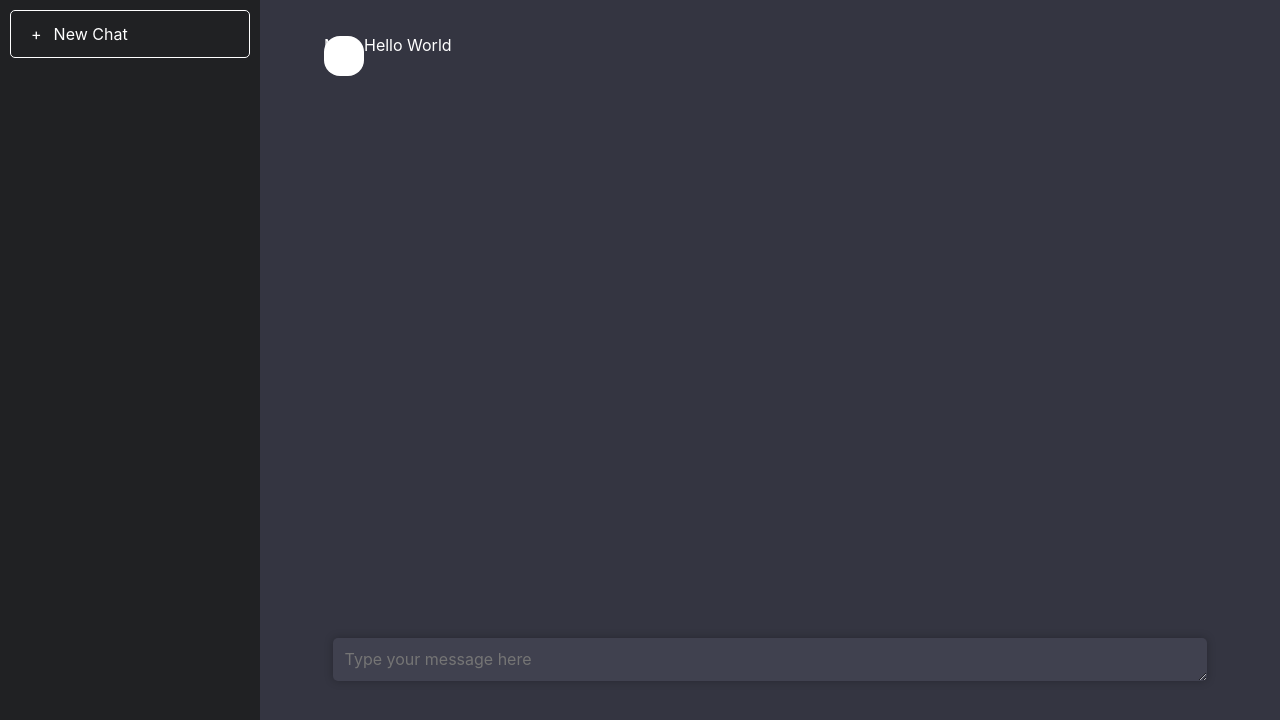
Repository: lancenigel/ChatGPT-Clone
Page: / (app in client/)
The author's editor kept a copy of each file at every save. The page is drawn from the files as they stood at one save, then again after the next save.
The browser window is 1280 px wide. The pictures show the whole page.
The project was rebuilt for these pictures with package versions that can differ from the ones it lists, and the page was loaded fresh each time.

Above is the page before, as saved 2024-02-04 00:39:02.

After the next save:
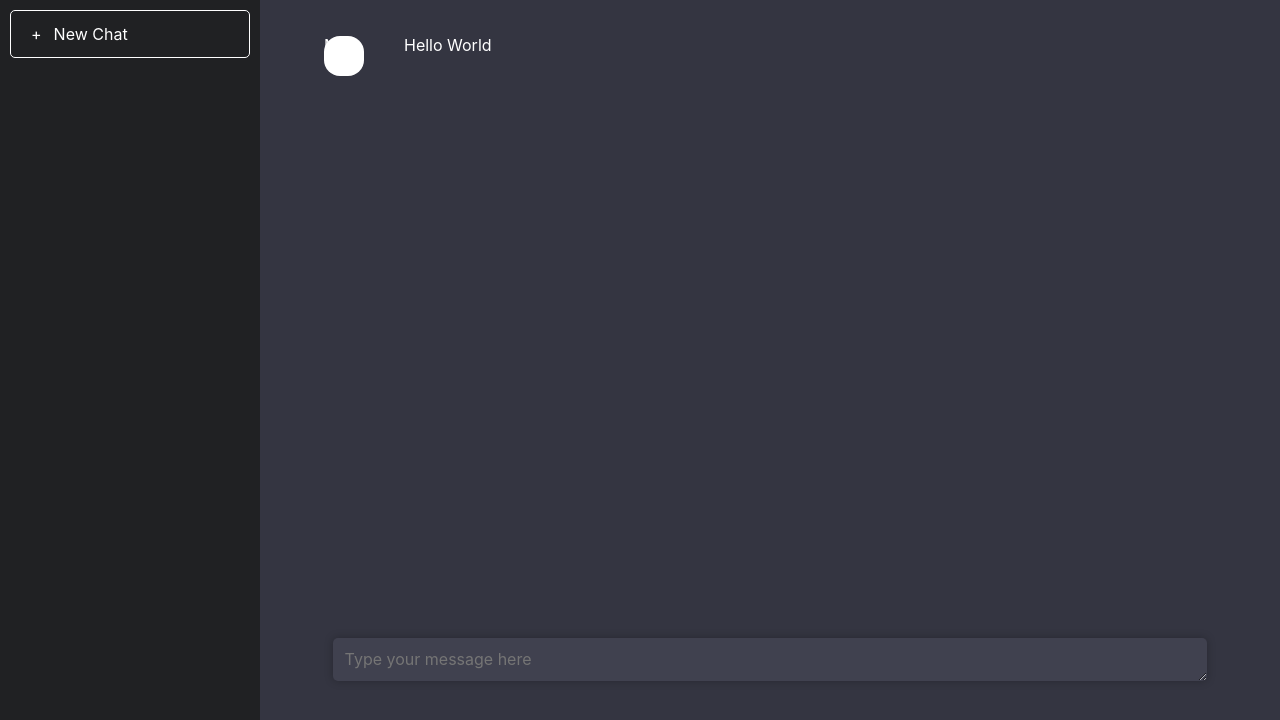
Saved 9 s later.
--- a/client/src/App.css
+++ b/client/src/App.css
@@ -34,7 +34,8 @@
 }
 
 .message{
-
+  padding-left: 40px;
+  padding-right: 40px;
 
 }
 
